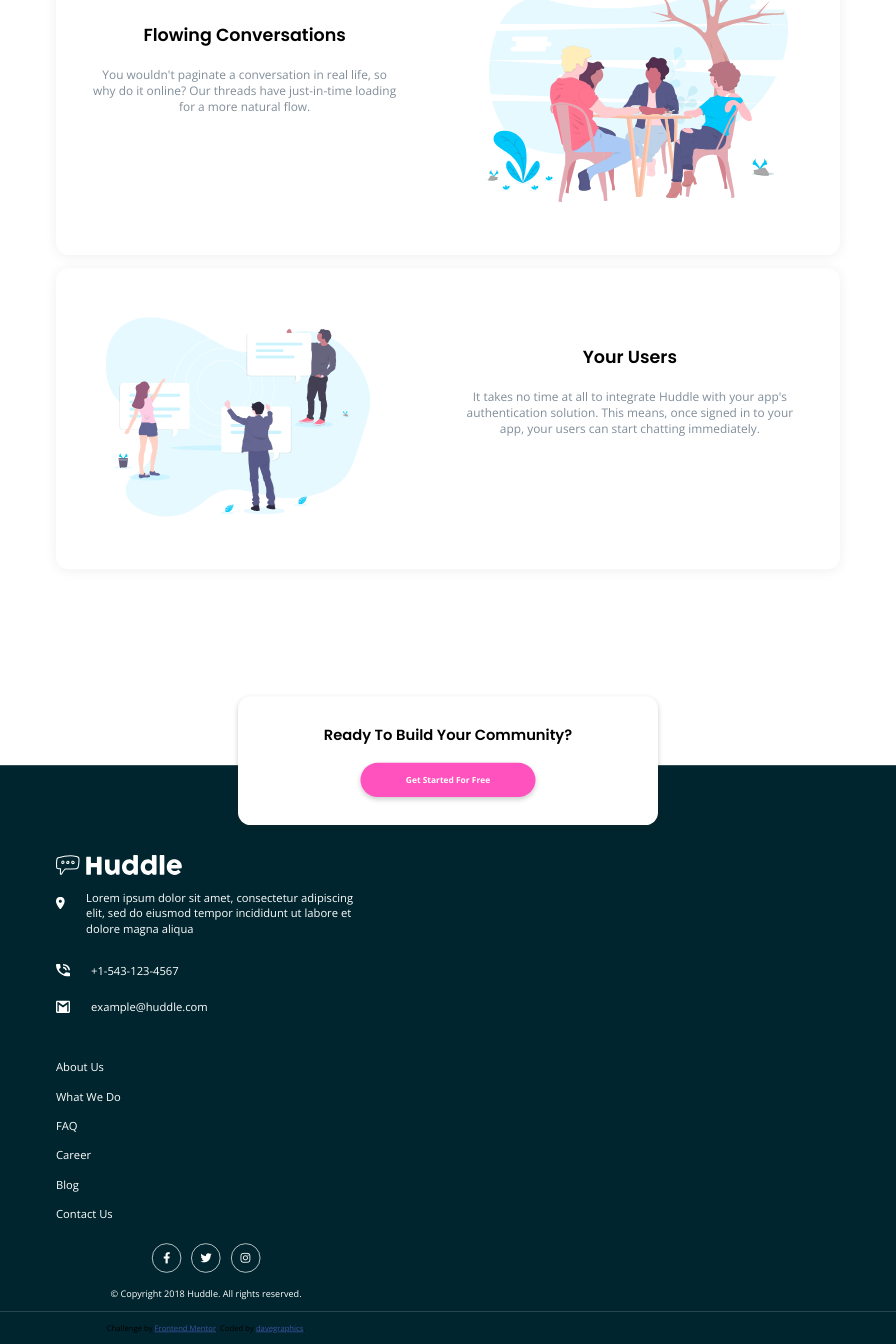
Repository: DejV44/Huddle-landing-page
Page: index.html
These files come from the project's save history. The page is drawn as it stood at one moment and after the next save; the edit follows.
The browser window is 1280 px wide. The pictures show the part of the page from y = 1243 to 3163 px (the page is 3163 px tall), at 70% of full size.
The style sheet was rebuilt from its Sass, Less or Tailwind sources for each picture, by a compiler version that may differ from the author's.

Above is the page before, as saved 2021-08-22 14:59:49.

After the next save:
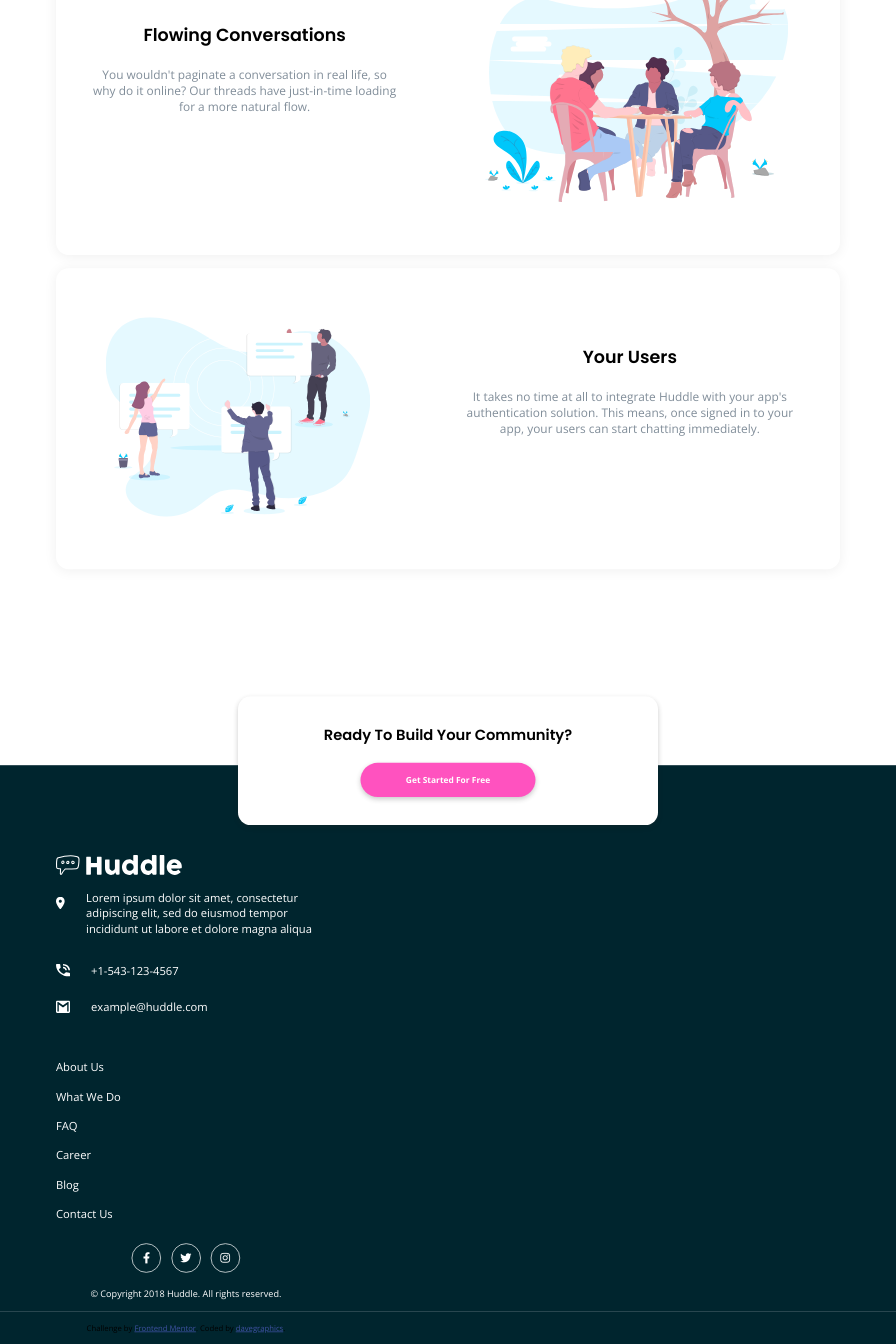
Saved 2 min 26 s later.
--- a/css/_footer.scss
+++ b/css/_footer.scss
@@ -3,7 +3,7 @@ footer {
     @media (min-width: 768px){
         padding: 0 4rem;
         display: grid;
-        grid-template-columns: 40% 20% 20% 20%;
+        grid-template-columns: 35% 20% 20% 25%;
     }
 
 
